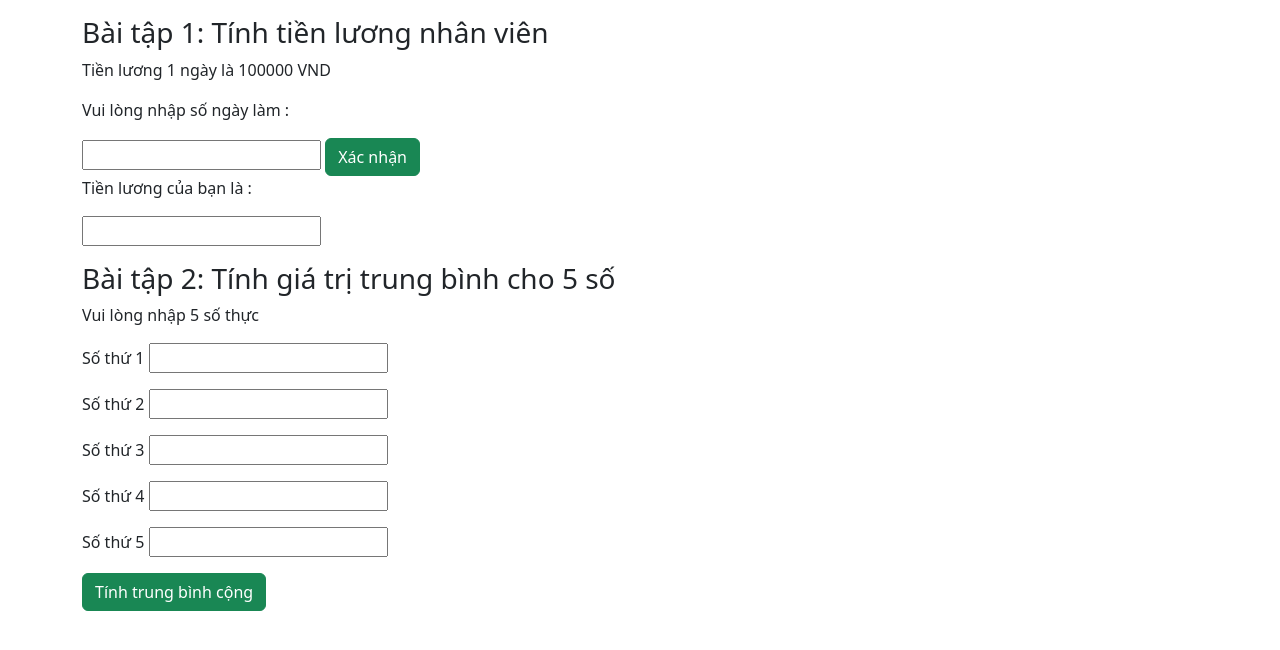
Repository: hcozyph/TranHuuPhuoc_BC43_BT_JS_Buoi2
Page: index.html
These files come from the project's save history. The page is drawn as it stood at one moment and after the next save; the edit follows.
The browser window is 1280 px wide. The pictures show the whole page.

Above is the page before, as saved 2023-01-21 21:39:58.

### index.html
<!DOCTYPE html>
<html lang="en">
    <head>
        <title>BT JS - Buoi 1</title>
        <!-- Required meta tags -->
        <meta charset="utf-8" />
        <meta
            name="viewport"
            content="width=device-width, initial-scale=1, shrink-to-fit=no"
        />

        <!-- Bootstrap CSS v5.2.1 -->
        <link
            href="https://cdn.jsdelivr.net/npm/bootstrap@5.2.1/dist/css/bootstrap.min.css"
            rel="stylesheet"
            integrity="sha384-iYQeCzEYFbKjA/T2uDLTpkwGzCiq6soy8tYaI1GyVh/UjpbCx/TYkiZhlZB6+fzT"
            crossorigin="anonymous"
        />

        <!-- FontAwesome 6.2.0 CSS -->
        <link
            rel="stylesheet"
            href="https://cdnjs.cloudflare.com/ajax/libs/font-awesome/6.2.0/css/all.min.css"
            integrity="sha512-xh6O/CkQoPOWDdYTDqeRdPCVd1SpvCA9XXcUnZS2FmJNp1coAFzvtCN9BmamE+4aHK8yyUHUSCcJHgXloTyT2A=="
            crossorigin="anonymous"
            referrerpolicy="no-referrer"
        />

        <!-- index.css -->
        <link rel="stylesheet" href="./style/index.css" />
    </head>

    <body>
        <div class="container">
            <div class="BT1">
                <h1 class="fs-3 mt-3">Bài tập 1: Tính tiền lương nhân viên</h1>
                <p>Tiền lương 1 ngày là 100000 VND</p>
                <p>Vui lòng nhập số ngày làm :</p>
                <input type="text" id="soNgayLam" />
                <button
                    class="btn btn-success"
                    id="btnXacNhan"
                    onclick="inputSoNgayLam()"
                >
                    Xác nhận
                </button>
                <p>Tiền lương của bạn là :</p>
                <input type="text" id="result" />
            </div>

            <div class="BT2">
                <h1 class="fs-3 mt-3">
                    Bài tập 2: Tính giá trị trung bình cho 5 số
                </h1>
                <p>Vui lòng nhập 5 số thực</p>

                <p>Số thứ 1 <input type="text" id="n1" /></p>
                <p>Số thứ 2 <input type="text" id="n2" /></p>
                <p>Số thứ 3 <input type="text" id="n3" /></p>
                <p>Số thứ 4 <input type="text" id="n4" /></p>
                <p>Số thứ 5 <input type="text" id="n5" /></p>

                <button class="btn btn-success" id="btnAverage">
                    Tính trung bình cộng
                </button>
            </div>
        </div>

        <!-- Bootstrap JavaScript Libraries -->
        <script
            src="https://cdn.jsdelivr.net/npm/@popperjs/core@2.11.6/dist/umd/popper.min.js"
            integrity="sha384-oBqDVmMz9ATKxIep9tiCxS/Z9fNfEXiDAYTujMAeBAsjFuCZSmKbSSUnQlmh/jp3"
            crossorigin="anonymous"
        ></script>

        <script
            src="https://cdn.jsdelivr.net/npm/bootstrap@5.2.1/dist/js/bootstrap.min.js"
            integrity="sha384-7VPbUDkoPSGFnVtYi0QogXtr74QeVeeIs99Qfg5YCF+TidwNdjvaKZX19NZ/e6oz"
            crossorigin="anonymous"
        ></script>

        <!-- index.js -->
        <script src="./index.js"></script>
    </body>
</html>

### index.js

function inputSoNgayLam () {
    //input
    var soNgayLam = document.getElementById('soNgayLam').value;
    var luongMotNgay = 100000;
    //output
    var result = 0;

    var result = parseInt(soNgayLam) * parseInt(luongMotNgay);

    document.getElementById('result').value = result + 'VND';
}



/*
Link vercel:
https://tran-huu-phuoc-bc-43-bt-js-buoi1.vercel.app/
*/

Loaded but not shown: style/index.css (no stored copy; drawn as an empty file)

After the next save:
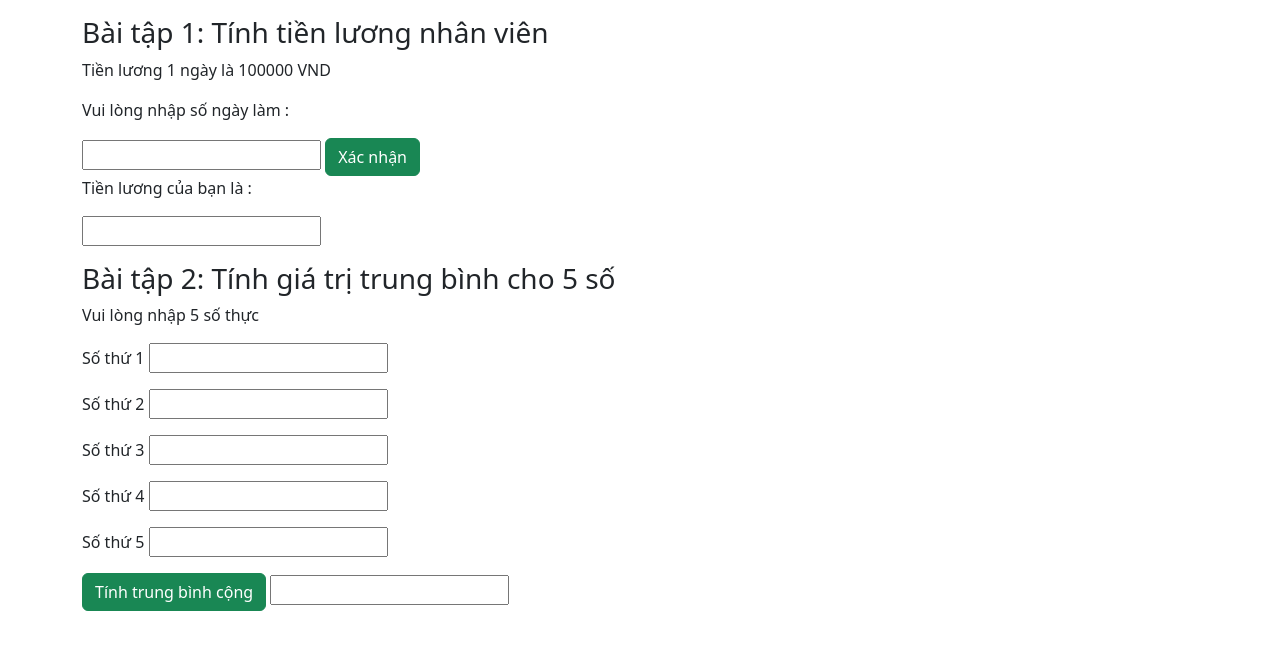
Saved 41 s later.
--- a/index.html
+++ b/index.html
@@ -63,6 +63,7 @@
                 <button class="btn btn-success" id="btnAverage">
                     Tính trung bình cộng
                 </button>
+                <input type="text" id="Average" />
             </div>
         </div>
 
